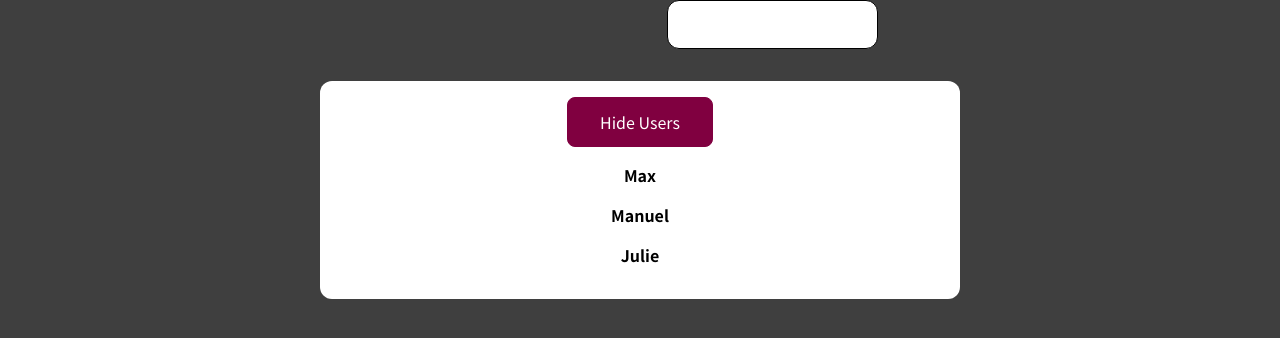
Repository: prathmeshgodbole/React-Class-Based
Page: /
The author's editor kept a copy of each file at every save. The page is drawn from the files as they stood at one save, then again after the next save.
The browser window is 1280 px wide. The pictures show the whole page.
The project was rebuilt for these pictures with package versions that can differ from the ones it lists, and the page was loaded fresh each time.

Above is the page before, as saved 2021-07-15 16:03:02.

### src/App.js
import UserFinder from './components/UserFinder';
// import Users from './components/Users';

function App() {
  return (
    <div>
    <UserFinder/>
    </div>
  );
}

export default App;

### src/components/UserFinder.js
import { Fragment, Component } from "react";
import classes from "./UserFinder.module.css";
import Users from "./Users";

const DUMMY_USERS = [
  { id: "u1", name: "Max" },
  { id: "u2", name: "Manuel" },
  { id: "u3", name: "Julie" },
];

class UserFinder extends Component {
  constructor() {
      super();
    this.state = {
      filteredUsers: DUMMY_USERS,
      searchTerm: "",
    };
  }

  componentDidUpdate(prevProps,prevState) {
if(prevState.searchTerm !==this.state.searchTerm){
    this.setState({
      filteredUsers: DUMMY_USERS.filter((user) =>
        user.name.includes(this.state.searchTerm)
      ),
    });
  }
}

  searchChangeHandler(event) {
    this.setState({ searchTerm: event.target.value });
  }
  render() {
    return (
      <Fragment>
        <input
          className={classes.finder}
          type="search"
          onChange={this.searchChangeHandler.bind(this)}
        />
        <Users users={this.state.filteredUsers} />
      </Fragment>
    );
  }
}

// const UserFinder = () => {
//   const [filteredUsers, setFilteredUsers] = useState(DUMMY_USERS);
//   const [searchTerm, setSearchTerm] = useState("");

//   useEffect(() => {
//     setFilteredUsers(
//       DUMMY_USERS.filter((user) => user.name.includes(searchTerm))
//     );
//   }, [searchTerm]);

//   const searchChangeHandler = (event) => {
//     setSearchTerm(event.target.value);
//   };

  //   return (
  //     <Fragment >
  //       <input className={classes.finder} type='search' onChange={searchChangeHandler} />
  //       <Users users={filteredUsers} />
  //     </Fragment>
  //   );
// };

export default UserFinder;

### src/components/UserFinder.module.css
.finder {
    margin-left: 50em;
    /* margin: 2rem auto; */
    background-color: white;
    padding: 1rem;
    border-radius: 12px;
    max-width: 40rem;
    border: 1px solid black;
    text-align: center;
}

### src/components/Users.js
import { Component } from "react";
import User from "./User";

import classes from "./Users.module.css";


class Users extends Component {
  constructor() {
    super();
    this.state = {
      showUsers: true,
    };
  }

  toggleUsersHandler() {
    this.setState((curState) => {
      return{
        showUsers:!curState.showUsers
      };
    });
  }

  render() {
    const usersList = (
    <ul>
      {this.props.users.map((user) => (
        <User key={user.id} name={user.name} />
      ))}
    </ul>
  );
    return (
      <div className={classes.users}>
        <button onClick={this.toggleUsersHandler.bind(this)}>
          {this.state.showUsers ? "Hide" : "Show"} Users
        </button>
        {this.state.showUsers && usersList}
      </div>
    );
  }
}

// const Users = () => {
//   const [showUsers, setShowUsers] = useState(true);

//   const toggleUsersHandler = () => {
//     setShowUsers((curState) => !curState);
//   };

  // const usersList = (
  //   <ul>
  //     {DUMMY_USERS.map((user) => (
  //       <User key={user.id} name={user.name} />
  //     ))}
  //   </ul>
  // );

  // return (
  //   <div className={classes.users}>
  //     <button onClick={toggleUsersHandler}>
  //       {showUsers ? 'Hide' : 'Show'} Users
  //     </button>
  //     {showUsers && usersList}
  //   </div>
  // );
// };

export default Users;

### src/components/User.js
import React,{Component} from 'react';
import classes from './User.module.css';


class User extends Component{
  render(){
    return <li className={classes.user}>{this.props.name}</li>;
  }
}

// const User = (props) => {
//   return <li className={classes.user}>{props.name}</li>;
// };

export default User;

Loaded but not shown: public/index.html (common file); src/index.js (common file); src/index.css (common file); src/components/Users.module.css (common file); src/components/User.module.css (common file)

After the next save:
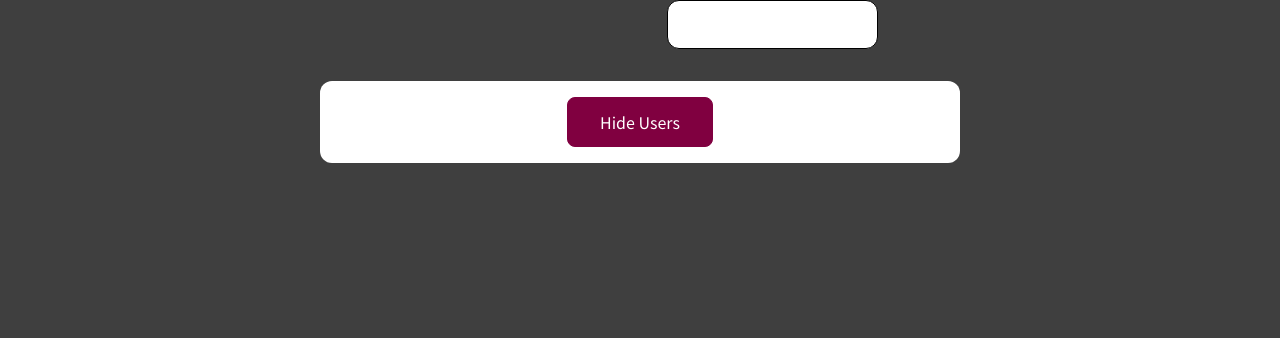
Saved 94 s later.
--- a/src/components/UserFinder.js
+++ b/src/components/UserFinder.js
@@ -12,7 +12,7 @@ class UserFinder extends Component {
   constructor() {
       super();
     this.state = {
-      filteredUsers: DUMMY_USERS,
+      filteredUsers: [],
       searchTerm: "",
     };
   }
